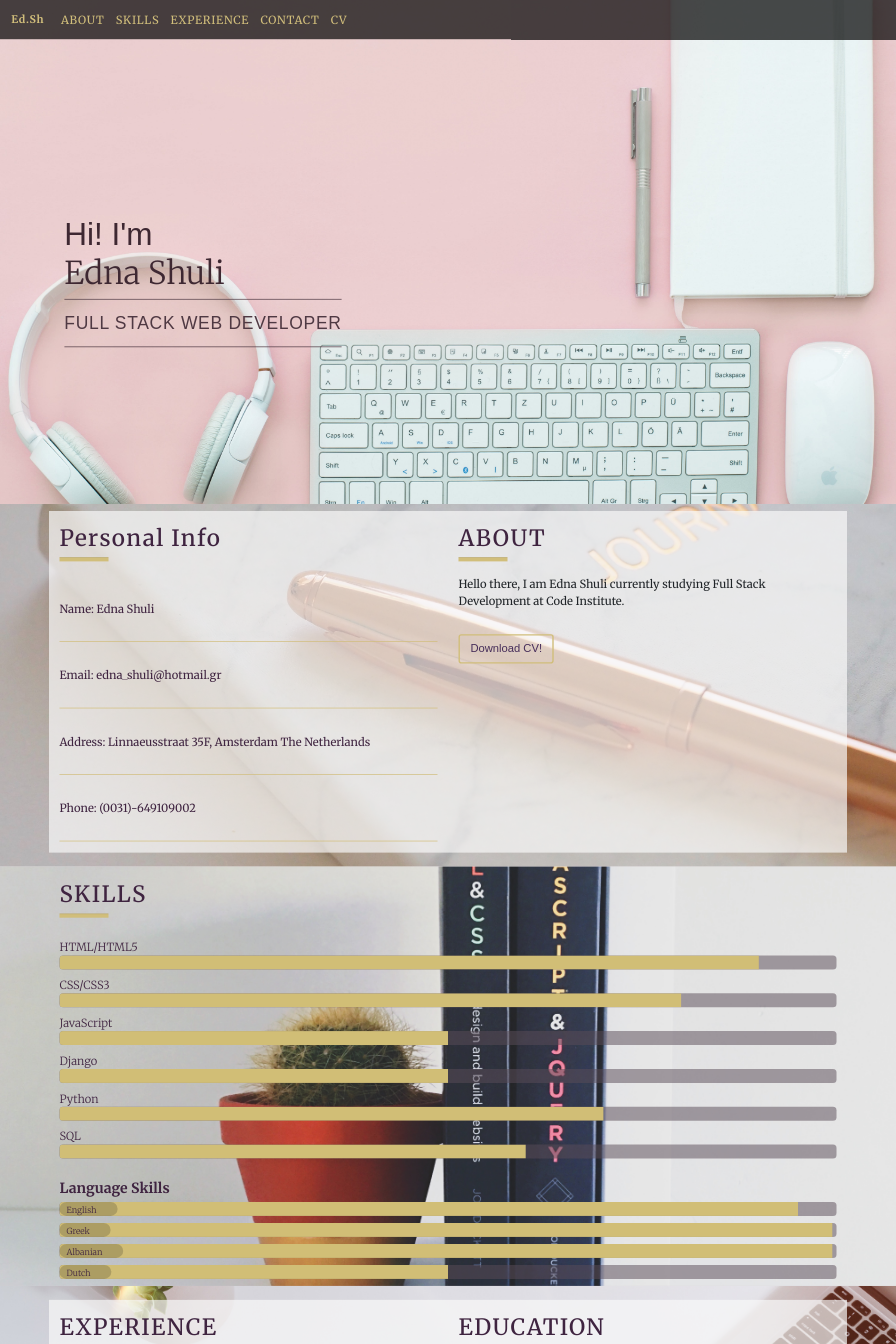
Repository: edshuli/Portfolio
Page: index.html
The author's editor kept a record of every edit. The page is drawn from the files as they stood at one moment, then again after the next edit.
The browser window is 1280 px wide. The pictures show the part of the page from y = 0 to 1920 px (the page is 3047 px tall), at 70% of full size.
Backgrounds fixed to the window are drawn as part of the page. Some web fonts or font styles are not loaded; a fallback is used.

Above is the page before.

After the next edit:
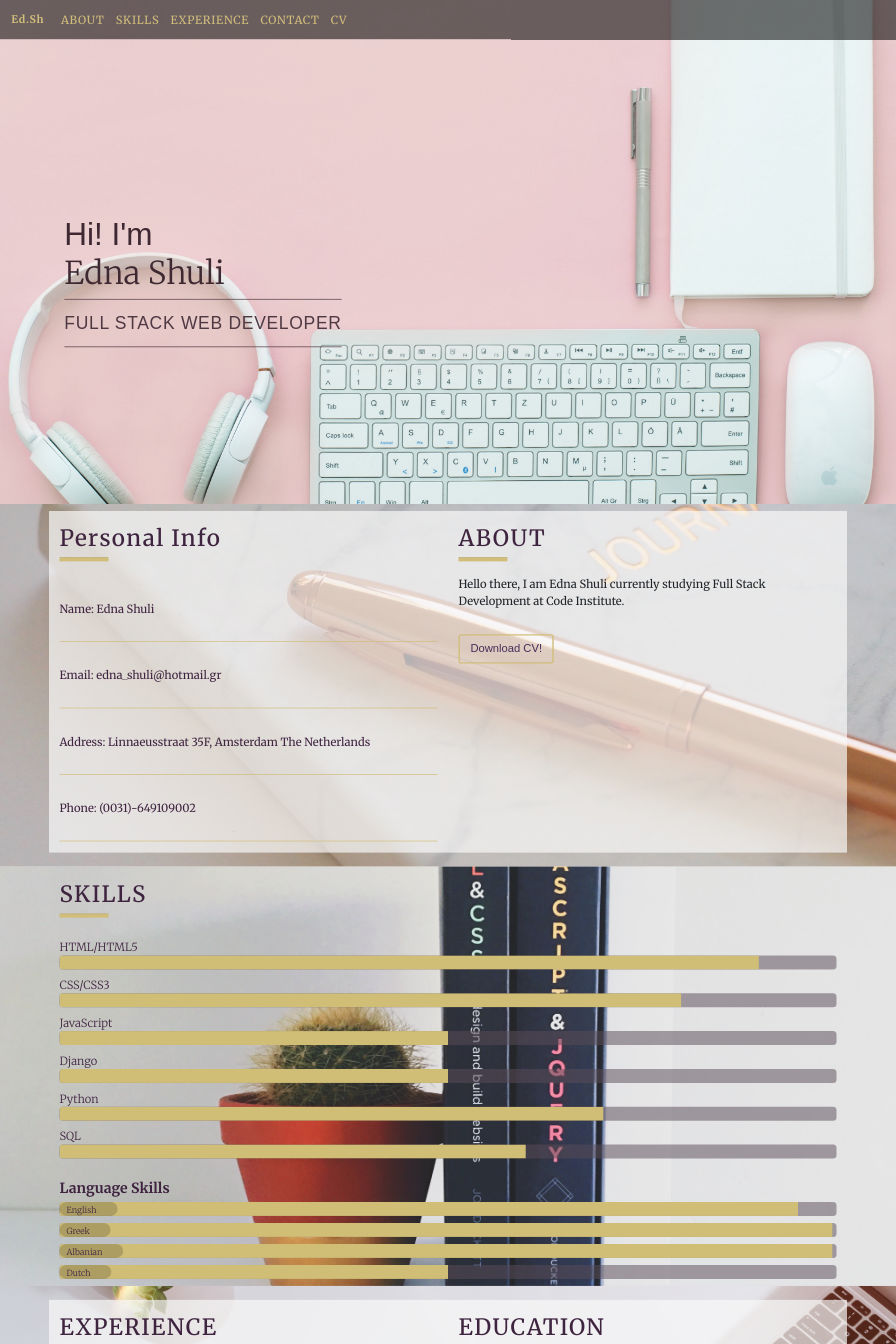
The edit:
--- a/assets/css/style.css
+++ b/assets/css/style.css
@@ -81,7 +81,7 @@
 /*---------------------------------Navbar ------------*/
 
 .navbar {
-    background-color: rgba(0, 0, 0, 0.7);
+    background-color: rgba(0, 0, 0, 0.55);
     overflow: hidden;
     position: fixed;
 
